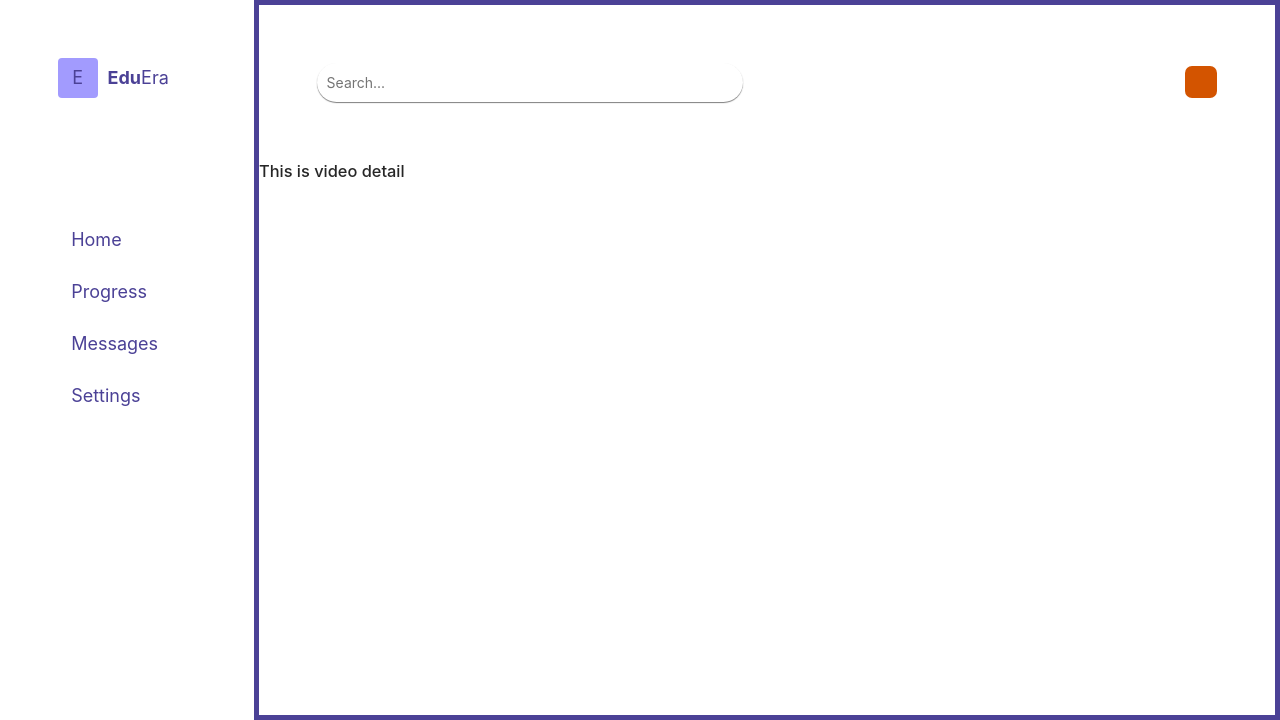
Repository: huynhnt1406/coursestorage
Page: /videodetail/1 (app in coursestorage/)
These files come from the project's save history. The page is drawn as it stood at one moment and after the next save; the edit follows.
The browser window is 1280 px wide. The pictures show the whole page.
The project was rebuilt for these pictures with package versions that can differ from the ones it lists, and the page was loaded fresh each time. Also part of the build but not shown: coursestorage/src/components/ListItems.vue, coursestorage/src/components/VideoList.vue, coursestorage/src/smallcomponents/Messages.vue, coursestorage/src/smallcomponents/Progress.vue, coursestorage/src/smallcomponents/Settings.vue.

Above is the page before, as saved 2021-05-01 21:24:31.

### coursestorage/src/main.js
import Vue from 'vue'
import App from './App.vue'
import 'ant-design-vue/dist/antd.css'
import Antd from 'ant-design-vue';
import router from './router/index';
import store from './stores/index'
Vue.config.productionTip = false
Vue.use(Antd);
new Vue({
  router,
  store,
  render: h => h(App),
}).$mount('#app')

### coursestorage/src/App.vue
<template>
  <div class="container">
    <div class="sidebar">
      <Sidebar/>
    </div>
    <div class="main">
      <SearchBar/>
      <router-view/>
    </div>
  </div>
</template>

<script>
import Sidebar from './components/Sidebar'
import SearchBar from './components/SearchBar'
export default {
  components:{
    Sidebar,
    SearchBar,
  }
}
</script>

<style>
*{
  margin:0
}
.container{
  background-color:#4b4196;
  min-height: 100vh;
  display: flex;
}
.main{
  flex:0.8;
  background-color: white;
  margin:5px;
}
</style>

### coursestorage/src/router/index.js
import Vue from 'vue'
import VueRouter from 'vue-router'
import VideoList from '../components/VideoList'
import Messages from '../smallcomponents/Messages'
import Progress from '../smallcomponents/Progress'
import Settings from '../smallcomponents/Settings'
import VideoDetail from '../smallcomponents/VideoDetail'
Vue.use(VueRouter)
const routes = [
    {
        path:'/',
        name:'VideoList',
        component:VideoList
    },
    {
        path:'/progress',
        name:'Progress',
        component:Progress
    },
    {
        path:'/messages',
        name:'Messages',
        component:Messages
    },
    {
        path:'/settings',
        name:'Settings',
        component:Settings
    },
    {
        path:'/videodetail/:id',
        name:'VideoDetail',
        component:VideoDetail,
        props:true
    }
]
export default new VueRouter({
    routes,
    mode:'history'
})

### coursestorage/src/stores/index.js
import Vue from 'vue'
import Vuex from 'vuex'
import videolists from './modules/videolists'
Vue.use(Vuex)

export default new Vuex.Store({
    modules:{
        videolists
    }
})

### coursestorage/src/components/Sidebar.vue
<template>
  <div class="sidebar">
      <div class="sidebar-header">
          <a-avatar shape="square" size="large" style="backgroundColor:#a29bfe ; marginRight:10px">E</a-avatar>
          <span><strong>Edu</strong>Era</span>
      </div>
      <div class="sidebar-links">
          <div class="link">
              <a-icon style="color:#a29bfe " type="appstore"/>
              <router-link class="sidebar-link" to="/"><span>Home</span></router-link>
          </div>
           <div class="link">
               <a-icon style="color:#a29bfe " type="bar-chart" />
               <router-link class="sidebar-link" to="/progress"><span>Progress</span></router-link>
          </div>
           <div class="link">
                <a-icon style="color:#a29bfe " type="message" />
                <router-link class="sidebar-link" to="/messages">

                <span>Messages</span></router-link>
          </div>
           <div class="link">
                <a-icon style="color:#a29bfe ; opacity:0.7" type="setting" />
                <router-link class="sidebar-link" to="/settings"><span>Settings</span></router-link>
          </div>
      </div>
  </div>
</template>

<script>
export default {

}
</script>

<style>
.sidebar{
    flex:0.2;
    background-color:white;
}
.sidebar-header{
    display: flex;
    align-items: center;
    padding:8vh 0 8vh 8vh
}
.sidebar-header span{
    color:#4b4196;
    font-size: large;
}
.sidebar-links{
    padding:8.5vh;
}
.link{
    display: flex;
    margin-bottom:5px;
    align-items: center;
    padding:10px 0 10px 0;
    color:#4b4196;
}
.sidebar-link{
    color:#4b4196;
    font-size: 18px;
}
.sidebar-link:focus{
    color:#d35400;
}
.link span{
    margin-left:10px;
}
.link:hover{
    color:#d35400;
    cursor: pointer;
}
</style>

### coursestorage/src/components/SearchBar.vue
<template>
  <div class="searchbar">
    <div class="search-tool">
        <a-icon type="search"  />
        <input type="text" placeholder="Search..." >
    </div>
    <div class="icons">
        <a-avatar shape="square" icon="user" type="user" style="color:black ;backgroundColor:transparent; border-radius:7px "  />
        <a-avatar shape="square" style="backgroundColor:#d35400 ;border-radius:7px " icon="fire" />
    </div>
  </div>
</template>

<script>
export default {

}
</script>

<style>
.searchbar{
    padding:8vh;
    display: flex;
    justify-content: space-between;
    align-items: center;
    flex:1;
}
.search-tool {
    background-color: white;
    box-shadow: 0 1px 1px rgba(0,0,0,.5);
    padding:8px;
    flex:0.5;
    border-radius: 20px;
}
.search-tool input{
    width: 50%;
    background-color: transparent;
    border:none;
    outline:none;
}
</style>

### coursestorage/src/smallcomponents/VideoDetail.vue
<template>
  <h3>This is video detail</h3>
</template>

<script>
export default {

}
</script>

<style>

</style>

### coursestorage/src/stores/modules/videolists.js
const state = {
    videolists:[
        {
            id:1,
            name:"Laravel 8 REST API With Sanctum Authentication",
            minutes:'54:14',
            avatarUrl:'https://yt3.ggpht.com/ytc/AAUvwng963DN2_MIbKuvMWRrN4KG920h3Y4YHg6KET9vZg=s176-c-k-c0x00ffffff-no-rj',
            thumnailUrl:'https://i.ytimg.com/vi/MT-GJQIY3EU/maxresdefault.jpg',
            channelName:'Traversy Media',
        },
        {
            id:2,
            name:"Node.js and Express.js - Full Course",
            minutes:'8:16:47',
            avatarUrl:'https://yt3.ggpht.com/ytc/AAUvwnifaQZvAunS0OFb2y_cieoVjLCVjqQW8Exf3BC1gg=s176-c-k-c0x00ffffff-no-rj',
            thumnailUrl:'https://i.ytimg.com/vi/Oe421EPjeBE/maxresdefault.jpg',
            channelName:'freeCodeCamp.org',
        },
        {
            id:3,
            name:"React JS - React Tutorial for Beginners",
            minutes:'2:25:26',
            avatarUrl:'https://yt3.ggpht.com/ytc/AAUvwnj82Lirw0dg6V5pJWAcWdG22OESyldUcDwAFEqQWg=s176-c-k-c0x00ffffff-no-rj',
            thumnailUrl:'https://i.ytimg.com/vi/Ke90Tje7VS0/maxresdefault.jpg',
            channelName:'Programming with Mosh',
        },
        {
            id:4,
            name:"Vuex Crash Course | State Management",
            minutes:'1:01:18',
            avatarUrl:'https://yt3.ggpht.com/ytc/AAUvwng963DN2_MIbKuvMWRrN4KG920h3Y4YHg6KET9vZg=s176-c-k-c0x00ffffff-no-rj',
            thumnailUrl:'https://i.ytimg.com/vi/5lVQgZzLMHc/maxresdefault.jpg',
            channelName:'Travesy Media',
        }
    ]
}
const getters = {
    allVideos: (state) => state.videolists
}
const actions = {}
const mutations = {}
export default {
    state, getters,actions,mutations
}

Loaded but not shown: coursestorage/public/index.html (common file)

After the next save:
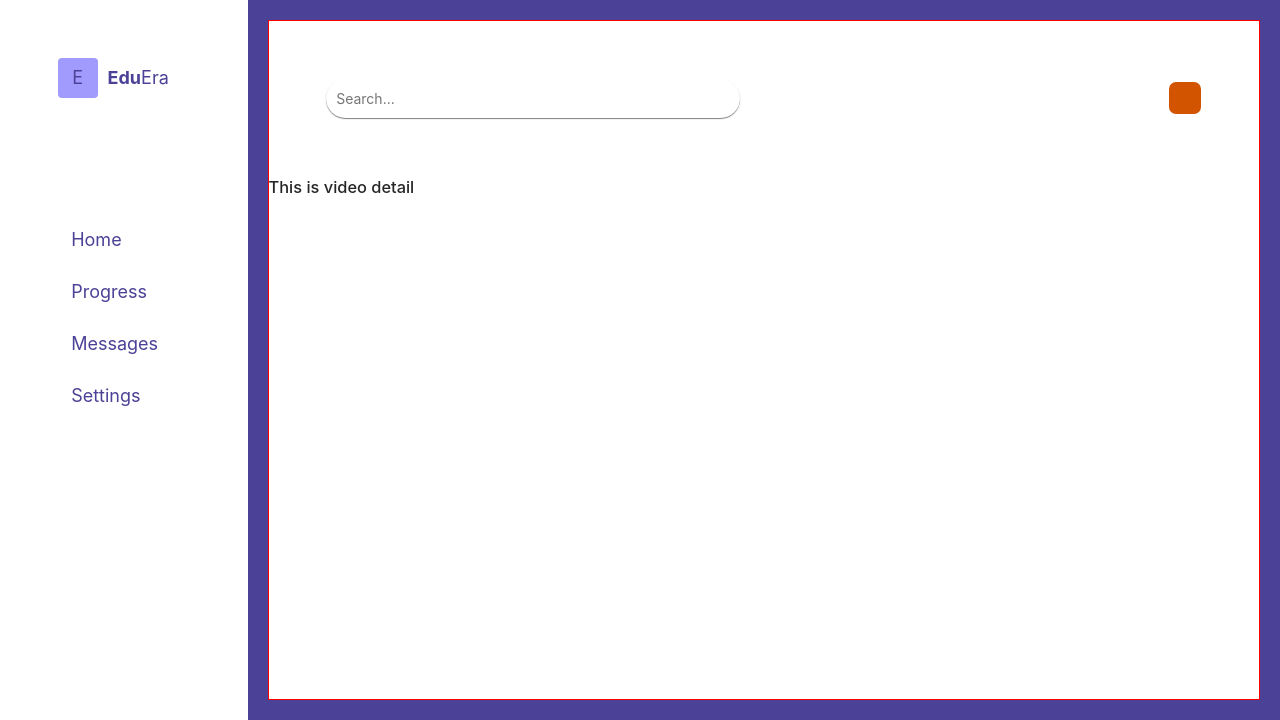
Saved 13 s later.
--- a/coursestorage/src/App.vue
+++ b/coursestorage/src/App.vue
@@ -33,6 +33,7 @@ export default {
 .main{
   flex:0.8;
   background-color: white;
-  margin:5px;
+  margin:20px;
+  border:1px solid red;
 }
 </style>
